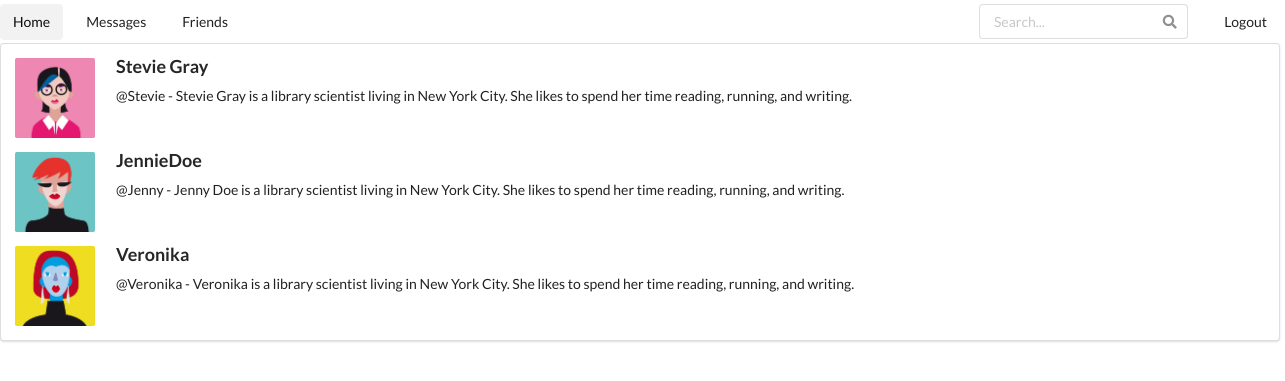
Repository: mystrader/angular4_appestudo
Page: / (app in twitter-app-devdec101/)
The author's editor kept a copy of each file at every save. The page is drawn from the files as they stood at one save, then again after the next save.
The browser window is 1280 px wide. The page is 1285 px wide, so the pictures cover 1285 px, including what lies to the right of the window. The pictures show the whole page.
Some web libraries are served in a nearby version. The project was rebuilt for these pictures with package versions that can differ from the ones it lists, and the page was loaded fresh each time. Also part of the build but not shown: twitter-app-devdec101/angular.json, twitter-app-devdec101/src/app/tweet/tweet.component.ts.

Above is the page before, as saved 2018-06-17 23:32:37.

After the next save:
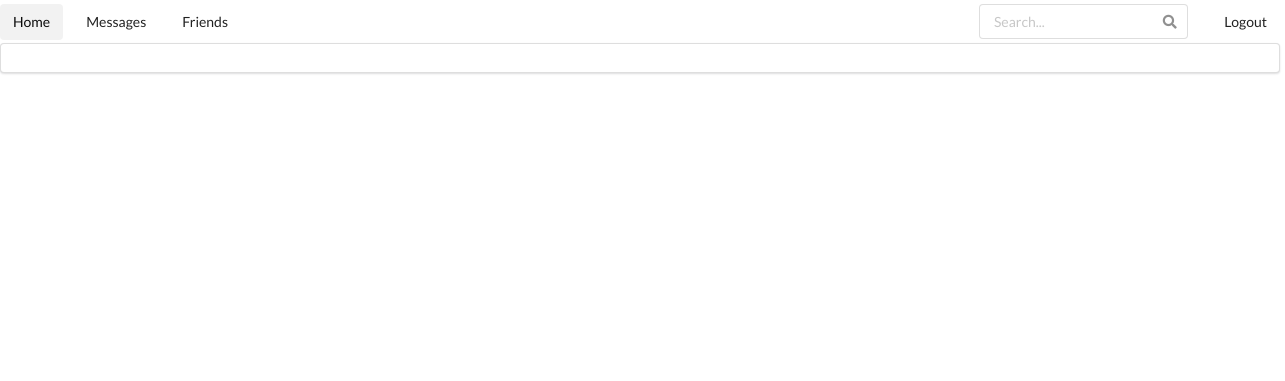
Saved 2 min 25 s later.
--- a/twitter-app-devdec101/src/app/feed/feed.component.html
+++ b/twitter-app-devdec101/src/app/feed/feed.component.html
@@ -6,20 +6,6 @@
   Não existe tweets
 </div>
 
-<!-- Listagem de tweets -->
-<div class="ui items">
-  <div class="item" *ngFor="let tweet of tweets">
-    <a class="ui tiny image" >
-      <img src="{{tweet.avatar}}">
-    </a>
-    <div class="content">
-      <a class="header">{{tweet.name}}</a>
-      <div class="description">
-        <p>@{{tweet.user}} - {{tweet.body}}</p>
-      </div>
-    </div>
-  </div>
+
 
 </div>
-
-</div>
